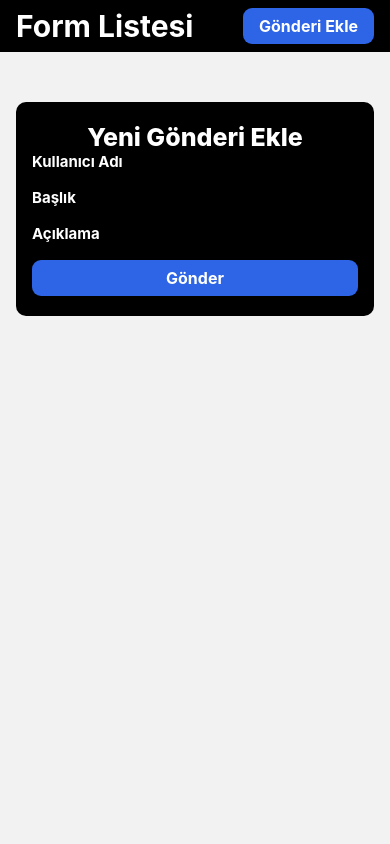
Repository: Kubraaygun/FirebaseRN
Screen: /
The author's editor kept a copy of each file at every save. The screen is drawn from the files as they stood at one save, then again after the next save.
The app was drawn by React Native's web renderer in a window 390 px wide. The project was rebuilt for these pictures with package versions that can differ from the ones it lists, and the page was loaded fresh each time. Also part of the build but not shown: src/screens/ListPost/ListPostView.jsx, src/screens/ListPost/ListPostController.jsx.

Above is the screen before, as saved 2025-01-20 20:50:15.

After the next save:
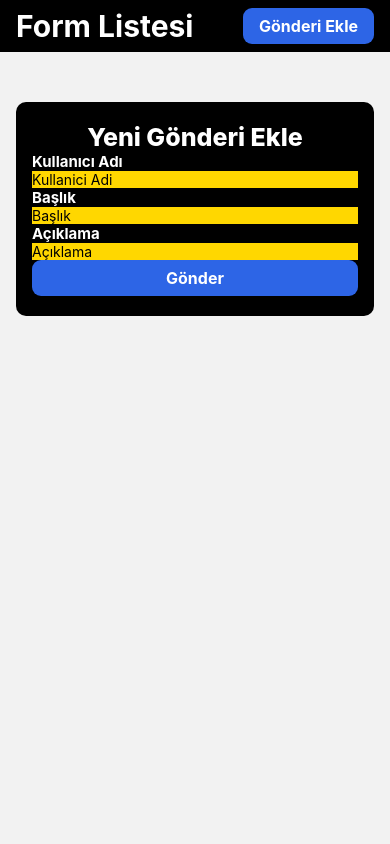
Saved 6 s later.
--- a/src/screens/AddPost/AddPostView.jsx
+++ b/src/screens/AddPost/AddPostView.jsx
@@ -61,6 +61,6 @@ const styles = StyleSheet.create({
     fontWeight: '700',
   },
   input: {
-    backgroundColor: 'plu',
+    backgroundColor: 'gold',
   },
 });
